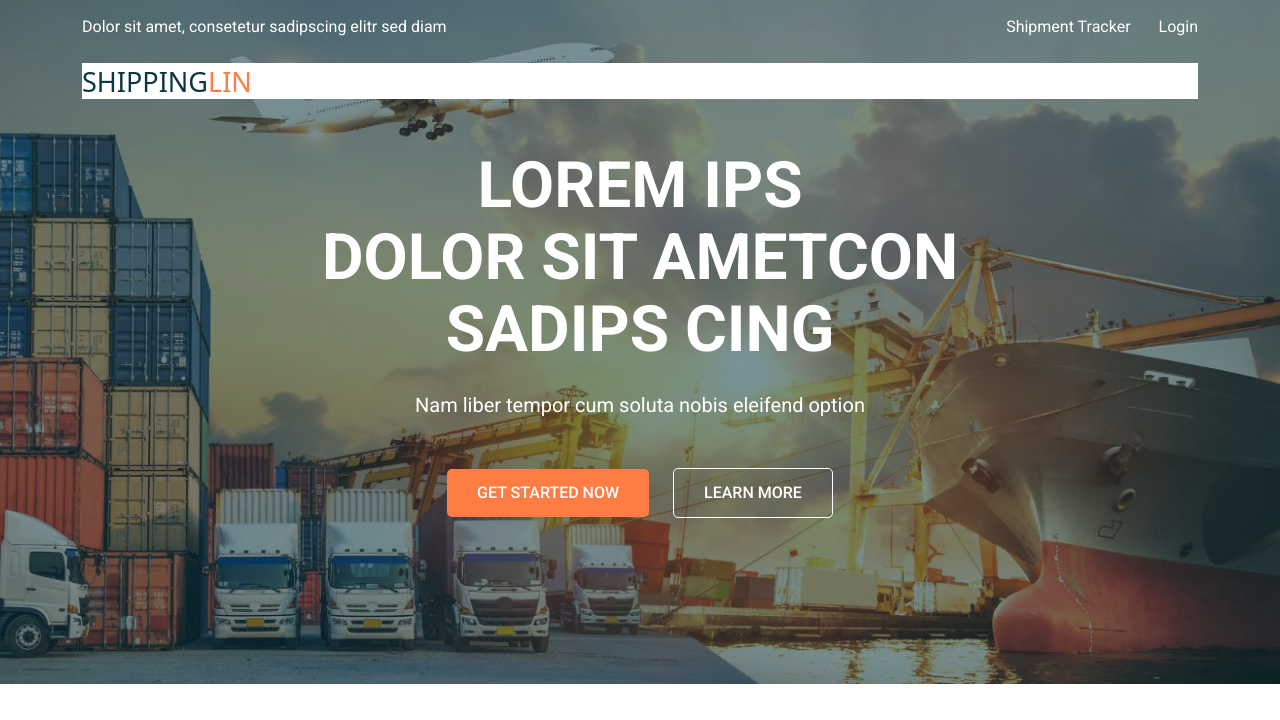
Repository: nazmulalok/shipping-template
Page: index.html
An editor plug-in stored every save of this project. The page is shown before and after the next save, followed by the edit.
The browser window is 1280 px wide. The pictures show the whole page.

Above is the page before, as saved 2022-10-03 13:35:41.

### index.html
<!DOCTYPE html>
<html lang="en">

    <head>
        <meta charset="UTF-8">
        <meta http-equiv="X-UA-Compatible" content="IE=edge">
        <meta name="viewport" content="width=device-width, initial-scale=1.0">
        <link rel="preconnect" href="https://fonts.googleapis.com">
        <link rel="preconnect" href="https://fonts.gstatic.com" crossorigin>
        <link
            href="https://fonts.googleapis.com/css2?family=Roboto:ital,wght@0,300;0,400;0,500;0,700;0,900;1,300;1,400;1,500;1,700;1,900&display=swap"
            rel="stylesheet">
        <link href="https://cdn.jsdelivr.net/npm/bootstrap@5.2.1/dist/css/bootstrap.min.css" rel="stylesheet"
            integrity="sha384-iYQeCzEYFbKjA/T2uDLTpkwGzCiq6soy8tYaI1GyVh/UjpbCx/TYkiZhlZB6+fzT" crossorigin="anonymous">
        <link rel="stylesheet" href="style.css">
        <title>Document</title>
    </head>

    <body>
        <header class="header-top">
            <div class="container">
                <div class="top-bar mb-4">
                    <p class="m-0">Dolor sit amet, consetetur sadipscing elitr sed diam</p>
                    <div>
                        <span class="me-4">Shipment Tracker</span>
                        <span>Login</span>
                    </div>
                </div>
                <div class="header-area">
                    <div class="logo">
                        <img src="images/shipping-logo.svg" alt="Shipping Logo">
                    </div>
                </div>
            </div>
        </header>
        <!-- Slider -->
        <section>
            <div class="main-slider">
                <div class="container">
                    <div class="slide-content">
                        <div class="slide-text">
                            <div class="slider-title mb-4">Lorem ips<br>
                                dolor sit ametcon<br>
                                sadips cing</div>
                            <p>Nam liber tempor cum soluta nobis eleifend option</p>
                            <div class="sliderBtn mt-5"><a class="common-btn me-4" href="#">Get Started Now</a><a
                                    class="common-btn outline-btn" href="#">Learn More</a></div>
                        </div>
                    </div>
                </div>
            </div>
        </section>














        <script src="https://cdn.jsdelivr.net/npm/@popperjs/core@2.11.6/dist/umd/popper.min.js"
            integrity="sha384-oBqDVmMz9ATKxIep9tiCxS/Z9fNfEXiDAYTujMAeBAsjFuCZSmKbSSUnQlmh/jp3"
            crossorigin="anonymous"></script>
        <script src="https://cdn.jsdelivr.net/npm/bootstrap@5.2.1/dist/js/bootstrap.min.js"
            integrity="sha384-7VPbUDkoPSGFnVtYi0QogXtr74QeVeeIs99Qfg5YCF+TidwNdjvaKZX19NZ/e6oz"
            crossorigin="anonymous"></script>
    </body>

</html>

### style.css
* {
    margin: 0;
    padding: 0;
}

:root {
    --main-color: #FF7D44;
    --secondary-color: #0B3742;
    --tertiary-color: #FFFFFF;
}

body {
    font-family: 'Roboto', sans-serif;
}

/* slider style starts */

.main-slider>* {
    z-index: 10;
}

.main-slider {
    background: url(images/shipping-banner.jpg);
    height: 700px;
    width: 100%;
    background-size: cover;
    background-repeat: no-repeat;
    background-position: center;
    position: relative;
    display: flex;
    align-items: center;
    transition: all 1s;
    margin-top: -130px;
    z-index: 50;
}

.main-slider:before {
    content: '';
    width: 100%;
    height: 100%;
    top: 0;
    left: 0;
    position: absolute;
    background-color: rgb(11 55 66 / 55%);
    z-index: 1;
}

.slide-content {
    text-align: center;
}

.slide-text {
    color: var(--tertiary-color);
}

.slider-title {
    font-size: 4rem;
    font-weight: 600;
    line-height: 4.5rem;
    text-transform: uppercase;
}

.slide-text p {
    font-size: 20px;
}

a.common-btn {
    display: inline-block;
    text-decoration: none;
    color: var(--tertiary-color);
    background: var(--main-color);
    padding: 12px 30px;
    border-radius: 5px;
    font-size: 16px;
    font-weight: 500;
    text-transform: uppercase;
    transition: all 1s ease;
}

a.common-btn:hover {
    background: var(--tertiary-color);
    color: var(--secondary-color);
}

a.common-btn.outline-btn {
    background: transparent !important;
    border: 1px solid var(--tertiary-color);
}

a.common-btn.outline-btn:hover {
    background: var(--tertiary-color) !important;
}

/* Header style starts */

.header-top {
    z-index: 100;
    background: transparent;
    position: relative;
    padding: 15px 0px;
}

.top-bar,
.header-area {
    display: flex;
    justify-content: space-between;
    align-items: center;
    color: var(--tertiary-color);
}

.header-area {
    background: var(--tertiary-color);
}

After the next save:
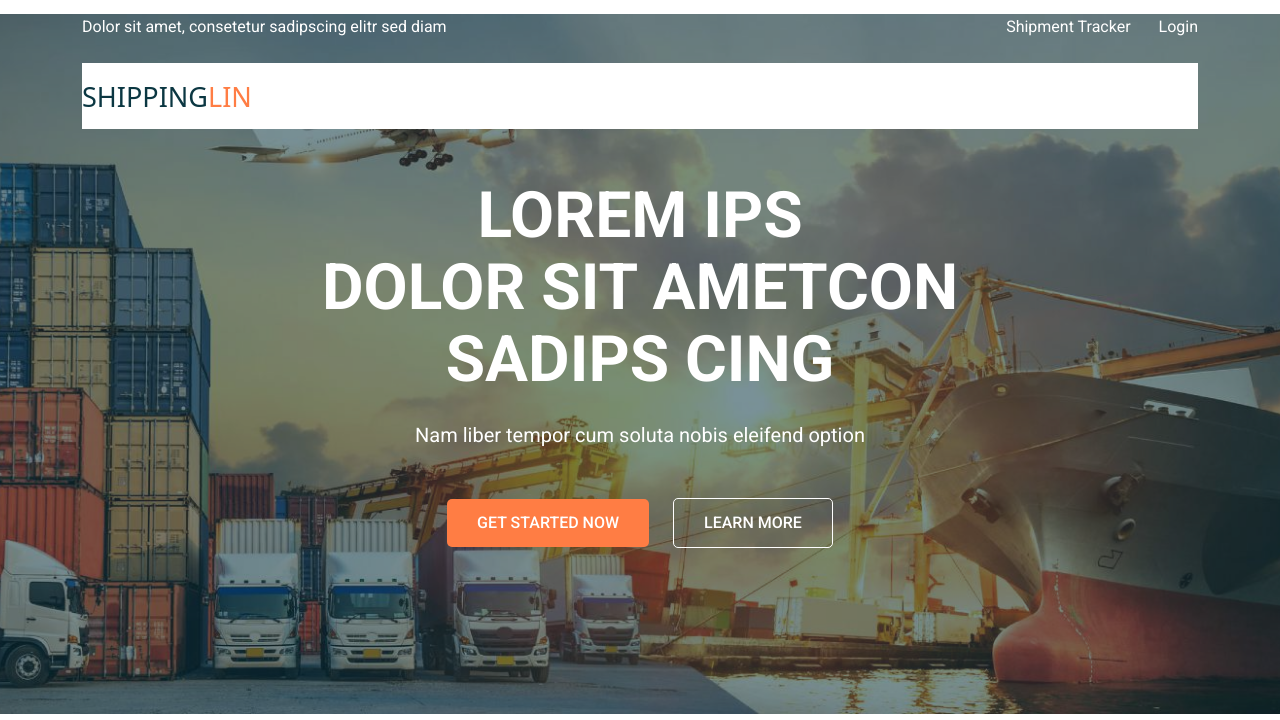
Saved 14 s later.
--- a/style.css
+++ b/style.css
@@ -110,4 +110,5 @@ a.common-btn.outline-btn:hover {
 
 .header-area {
     background: var(--tertiary-color);
+    padding: 15px 0px;
 }
